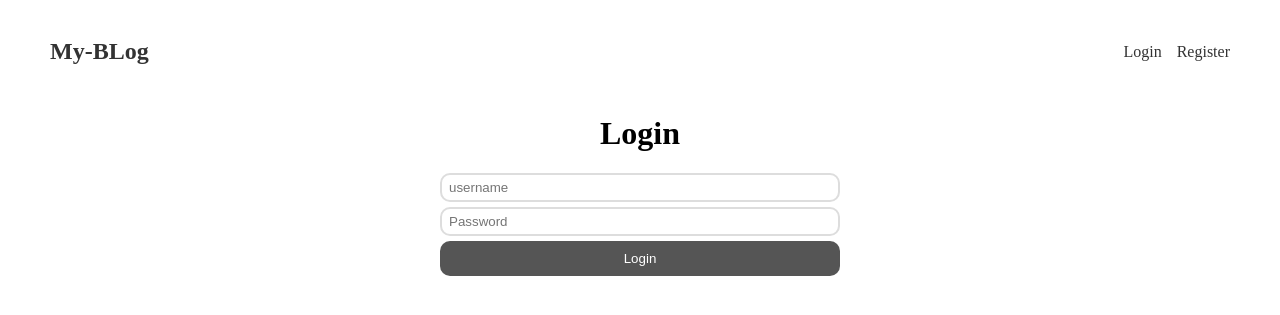
Repository: Attar786/mernblog
Page: /login (app in client/)
These files come from the project's save history. The page is drawn as it stood at one moment and after the next save; the edit follows.
The browser window is 1280 px wide. The pictures show the whole page.
The page's requests for data from a server got no answer. The project was rebuilt for these pictures with package versions that can differ from the ones it lists, and the page was loaded fresh each time. No one was signed in, and anything a server would have sent is missing. Also part of the build but not shown: client/vite.config.js, client/src/components/Post.jsx, client/src/pages/Indexpage.jsx, client/src/pages/RegisterPage.jsx, client/src/index.css.

Above is the page before, as saved 2024-08-21 15:09:15.

After the next save:
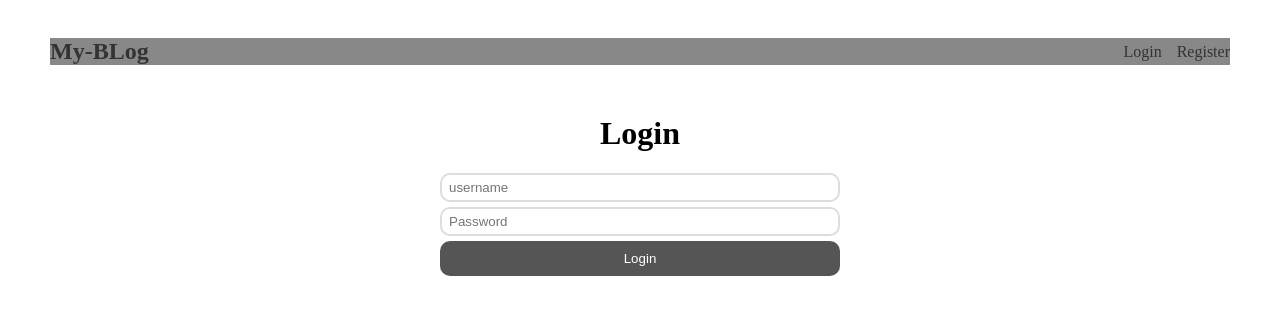
Saved 83 s later.
--- a/client/src/App.css
+++ b/client/src/App.css
@@ -13,6 +13,7 @@
 }
 header{
   display: flex;
+  background-color :#888;
   justify-content: space-between;
   margin-bottom: 50px;
   align-items: center;
